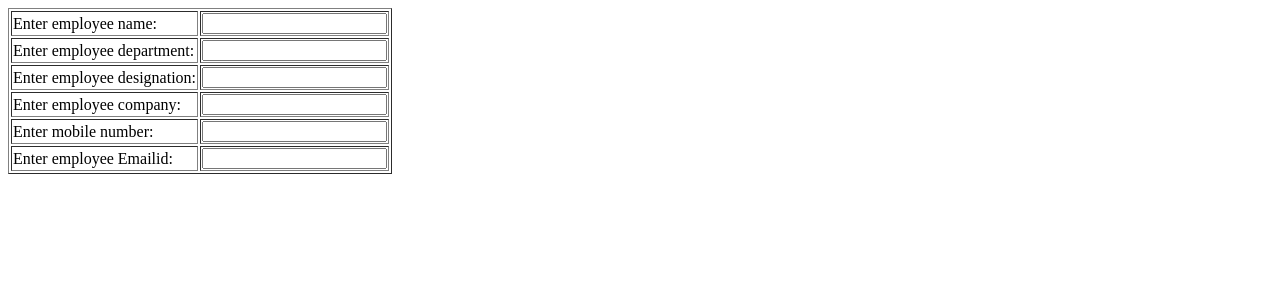
Repository: LAKSHMINAVYATADIKAMALLA/training
Page: WebProjects/WebContent/Register.html
The author's editor kept a copy of each file at every save. The page is drawn from the files as they stood at one save, then again after the next save.
The browser window is 1280 px wide. The pictures show the whole page.

Above is the page before, as saved 2020-02-06 04:32:07.

### WebProjects/WebContent/Register.html
<!DOCTYPE html>
<html>
<head>
<meta charset="ISO-8859-1">
<title>User Registration Page</title>
</head>
<body>
<form action="http://Localhost:8082/webproject/RegisterServlet" method="post">
<table border=1>
<tr><td>Enter employee name:</td><td><input type="text" name="name"/></td></tr>
<tr><td>Enter employee department:</td><td><input type="text" name="dept"/></td></tr>
<tr><td>Enter employee designation:</td><td><input type="text" name="desg"/></td></tr>
<tr><td>Enter employee company:</td><td><input type="text" name="comp"/></td></tr>
<tr><td>Enter mobile number:</td><td><input type="text" name="mobile"/></td></tr>
<tr><td>Enter employee Emailid:</td><td><input type="text" name="email"/></td></tr>
</table>
</form>

</body>
</html>

After the next save:
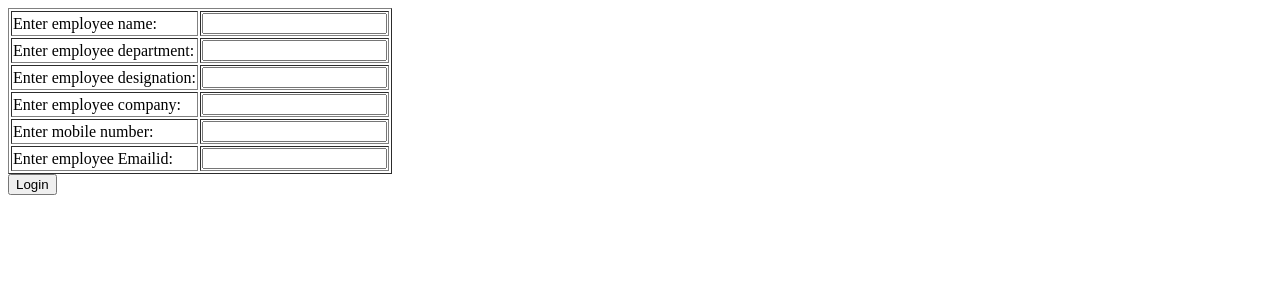
Saved 36 s later.
--- a/WebProjects/WebContent/Register.html
+++ b/WebProjects/WebContent/Register.html
@@ -14,6 +14,7 @@
 <tr><td>Enter mobile number:</td><td><input type="text" name="mobile"/></td></tr>
 <tr><td>Enter employee Emailid:</td><td><input type="text" name="email"/></td></tr>
 </table>
+<input type="submit" value="Login" />
 </form>
 
 </body>
